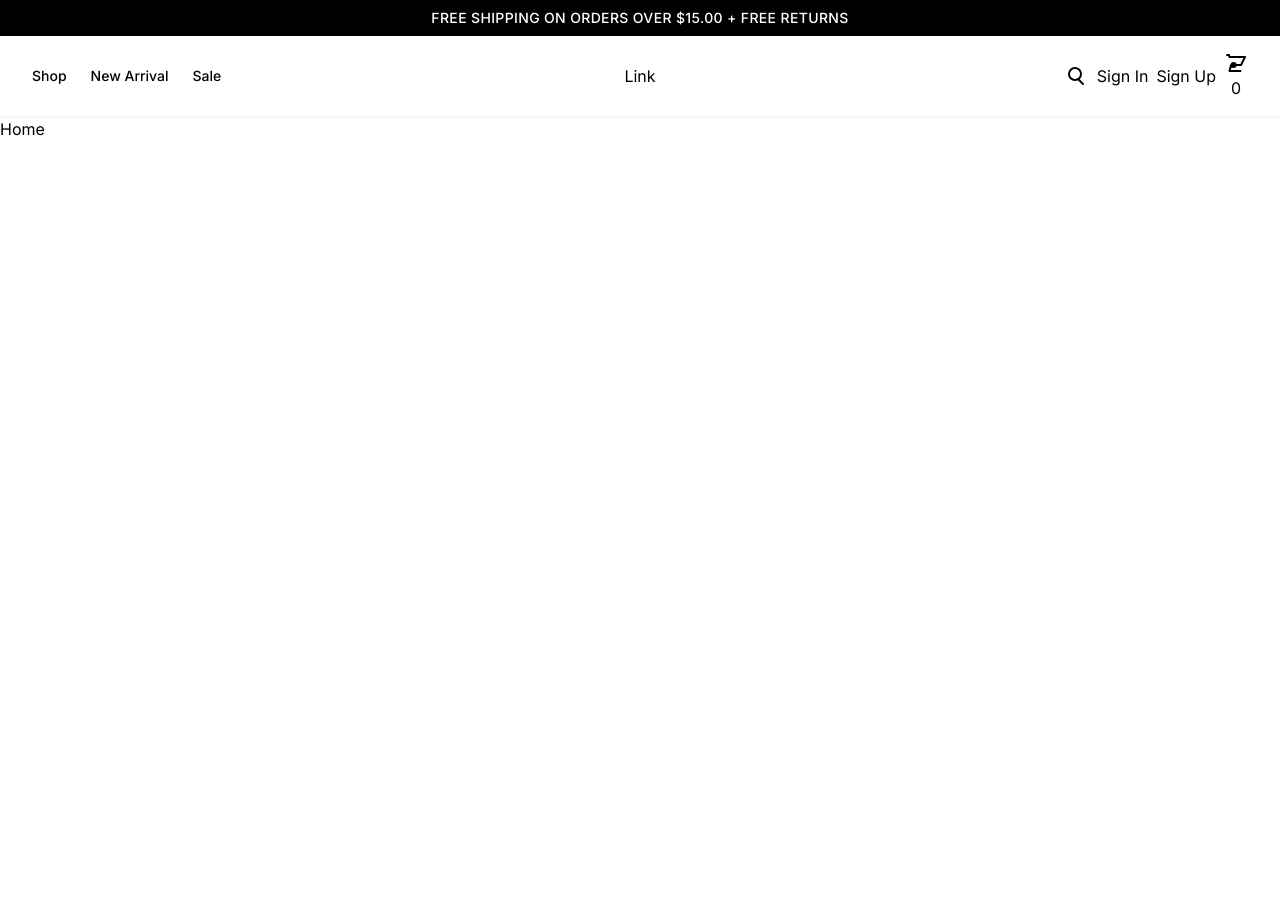
Repository: DiwanMalla/TEMU_CLONE
Page: /
An editor plug-in stored every save of this project. The page is shown before and after the next save, followed by the edit.
The browser window is 1280 px wide. The pictures show the whole page.
The project was rebuilt for these pictures with package versions that can differ from the ones it lists, and the page was loaded fresh each time. The framework's server and built-in components were replaced by stand-ins that run in the browser. Also part of the build but not shown: next.config.ts.

Above is the page before, as saved 2025-01-20 22:38:37.

After the next save:
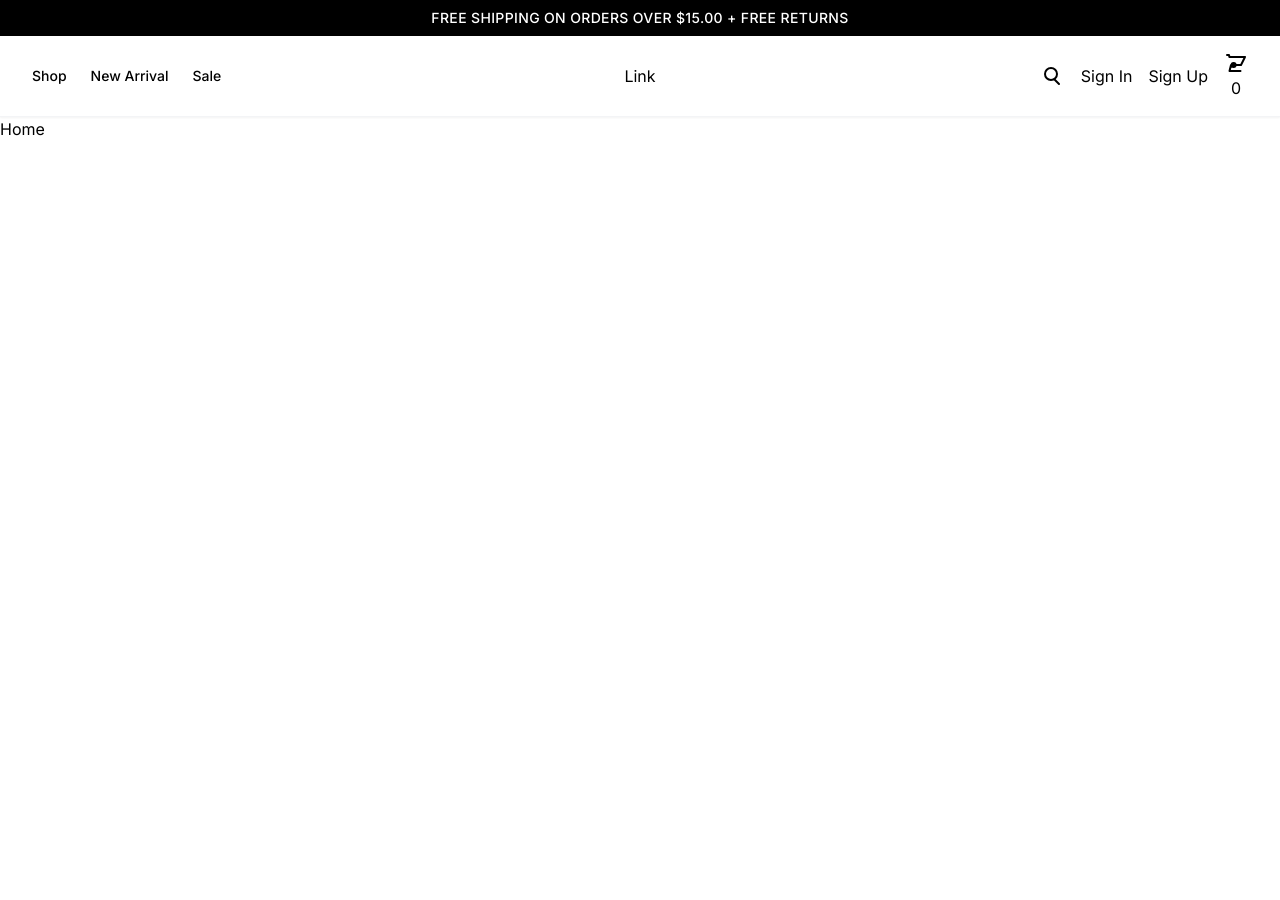
Saved 5 s later.
--- a/components/layout/Header.tsx
+++ b/components/layout/Header.tsx
@@ -67,7 +67,7 @@ const Header = () => {
               </nav>
             </div>
             <Link href="#">Link</Link>
-            <div className="flex flex-1 justify-end items-center gap-2">
+            <div className="flex flex-1 justify-end items-center gap-2 sm:gap-4">
               <button>
                 <svg
                   xmlns="http://www.w3.org/2000/svg"
